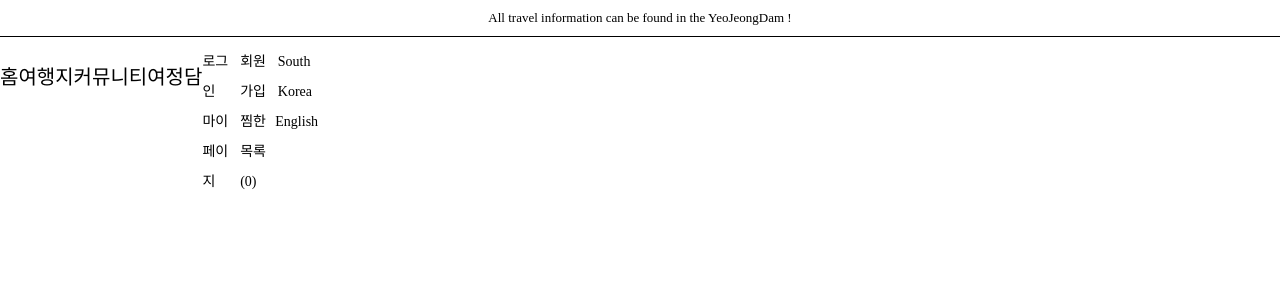
Repository: gaeunlee95/semi
Page: http://localhost/semi/main.jsp
An editor plug-in stored every save of this project. The page is shown before and after the next save, followed by the edit.
The browser window is 1280 px wide. The pictures show the whole page.
The page is served by Tomcat 9.

Above is the page before, as saved 2023-12-06 17:02:25.

After the next save:
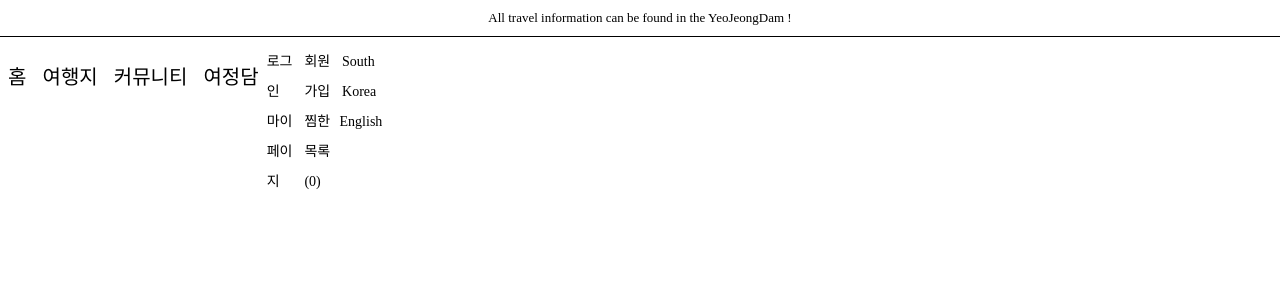
Saved 7 s later.
--- a/semi/src/main/webapp/resources/css/style.css
+++ b/semi/src/main/webapp/resources/css/style.css
@@ -24,7 +24,7 @@ header nav div{	/*각 mainMenu, sideMenu div에 float를 주어 가로정렬*/ /
 }
 header #mainMenu{
 	/*width: 700px;*/
-	width: 70%%;
+	width: 70%;
 	line-height: 80px;
 }
 header #mainMenu ul{
@@ -37,7 +37,7 @@ header #mainMenu li{
 }
 header #sideMenu{
 	/*width: 324px;*/
-	width: 30%
+	width: 30%;
 }
 header #sideMenu_1 li a{
 	padding-top: 10px;
